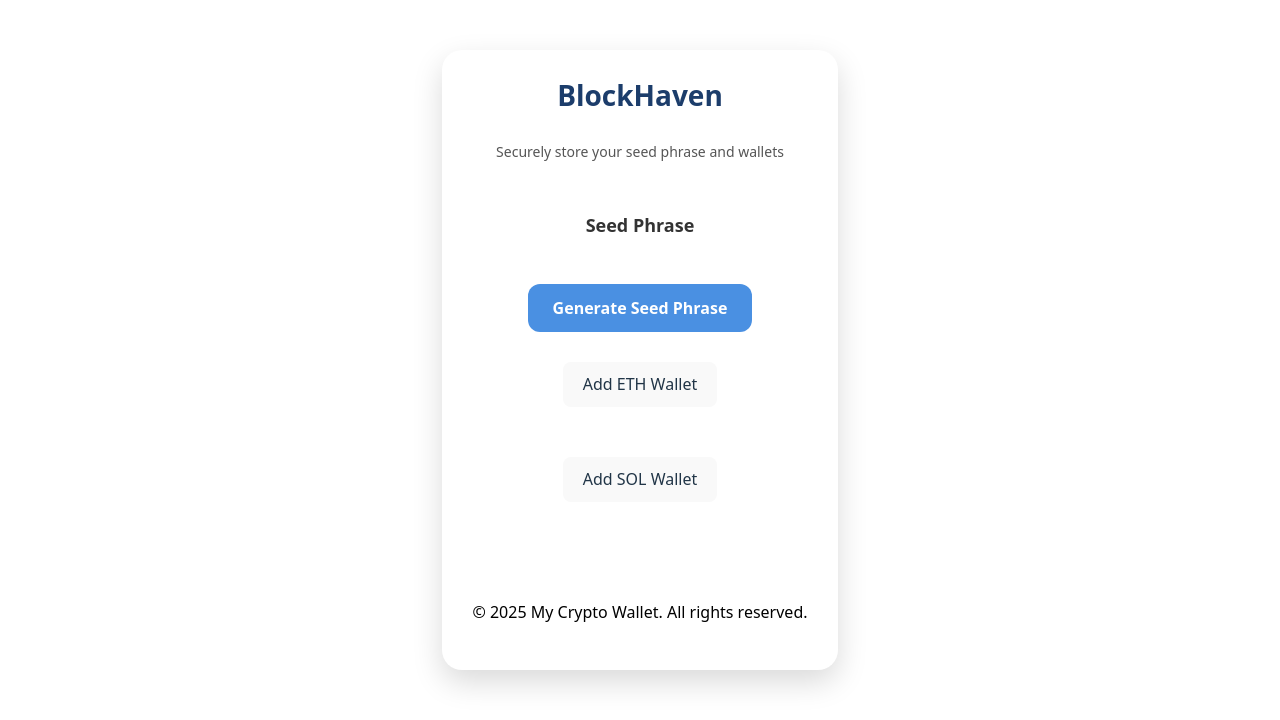
Repository: nishantsingh02/web-based-wallet-web-3
Page: /
These files come from the project's save history. The page is drawn as it stood at one moment and after the next save; the edit follows.
The browser window is 1280 px wide. The pictures show the whole page.
The project was rebuilt for these pictures with package versions that can differ from the ones it lists, and the page was loaded fresh each time. Also part of the build but not shown: vite.config.ts.

Above is the page before, as saved 2025-10-07 02:13:31.

After the next save:
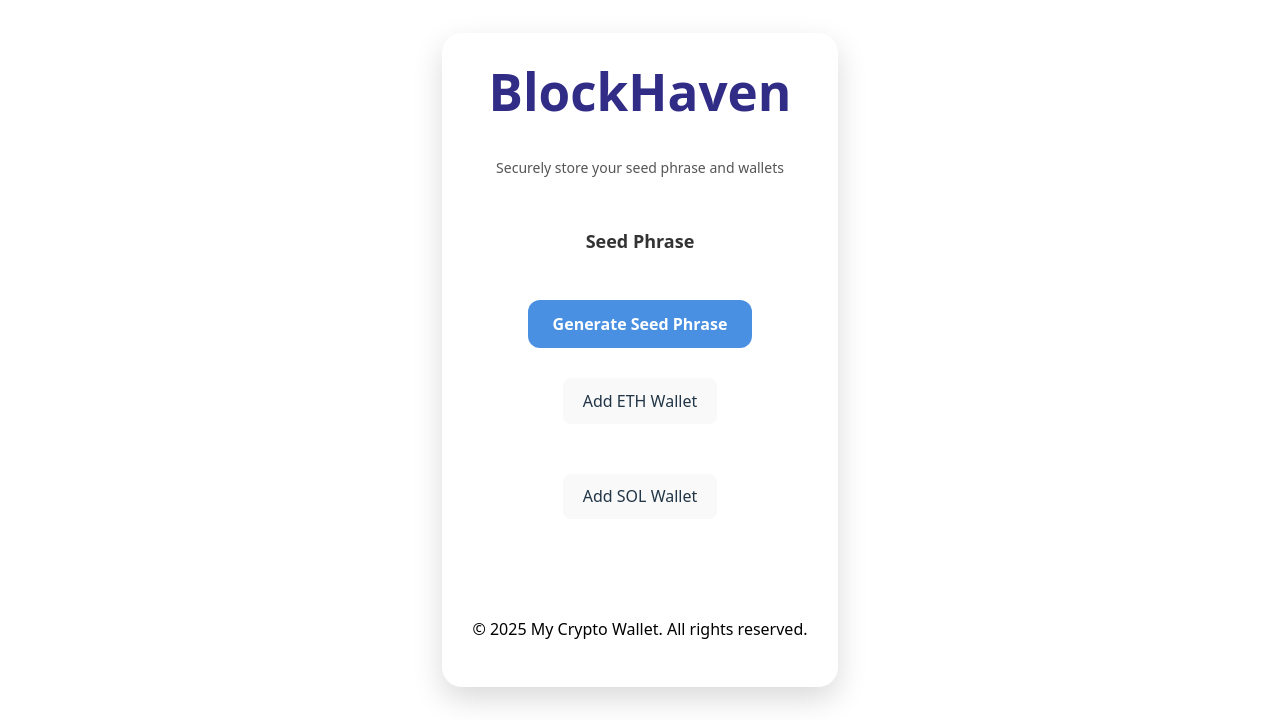
Saved 37 s later.
--- a/src/App.tsx
+++ b/src/App.tsx
@@ -25,7 +25,7 @@ function App() {
     <div className="">
       <div className="wallet-card">
         {/* Header */}
-        <h1 className="wallet-title">BlockHaven</h1>
+        <h1 className="text-3xl sm:text-4xl font-bold text-indigo-900 text-center mb-2">BlockHaven</h1>
         <p className="wallet-subtitle">
           Securely store your seed phrase and wallets
         </p>
